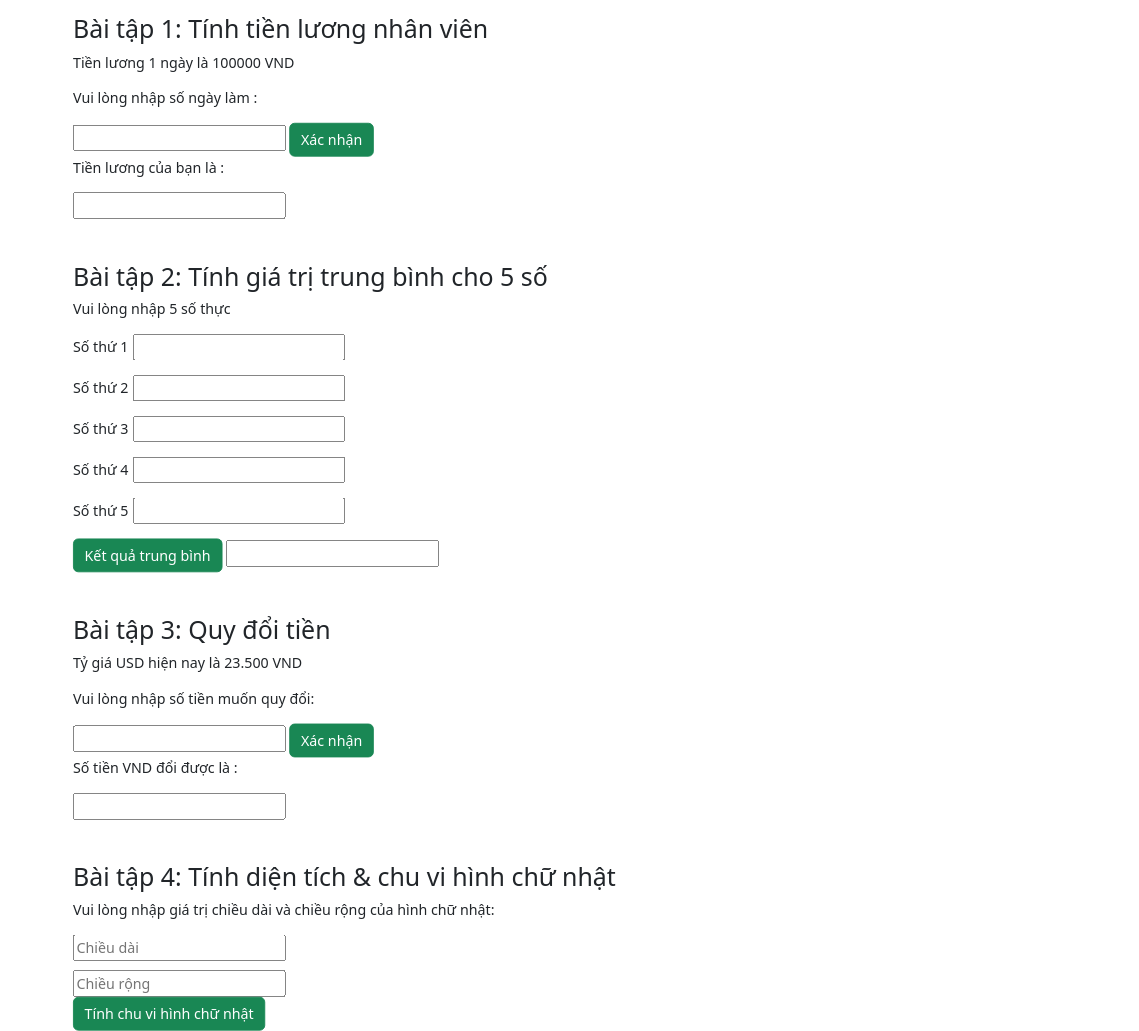
Repository: hcozyph/TranHuuPhuoc_BC43_BT_JS_Buoi2
Page: index.html
The author's editor kept a copy of each file at every save. The page is drawn from the files as they stood at one save, then again after a run of saves.
The browser window is 1280 px wide. The pictures show the whole page, at 89% of full size.

Above is the page before, as saved 2023-01-21 22:47:33.

After the next 2 saves:
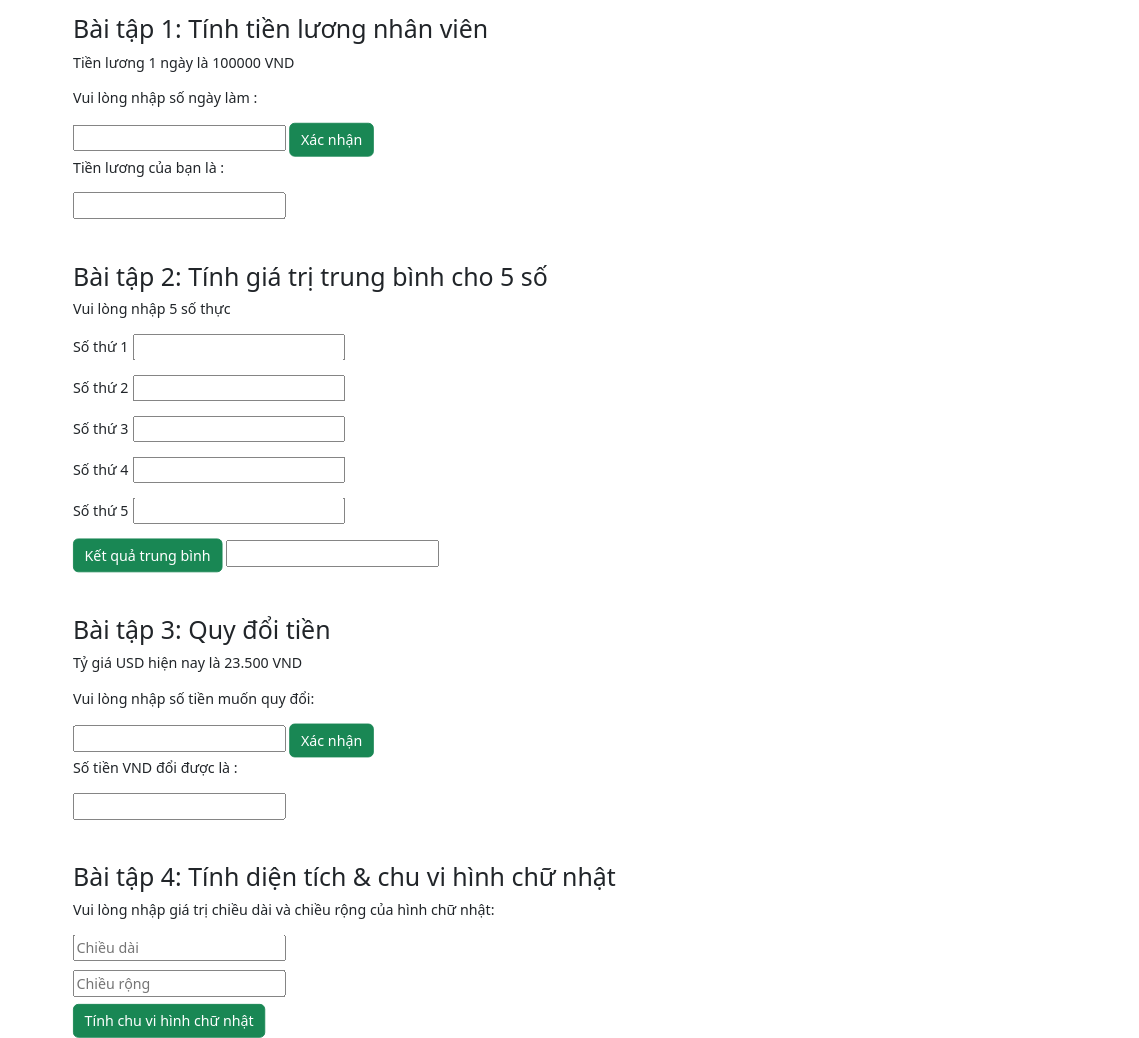
The 2 saves are shown as one change because they came seconds apart.
The last was saved 24 s later.
--- a/index.html
+++ b/index.html
@@ -112,7 +112,7 @@
                     />
                 </div>
 
-                <button class="btn btn-success">
+                <button class="btn btn-success mt-2">
                     Tính chu vi hình chữ nhật
                 </button>
             </div>
